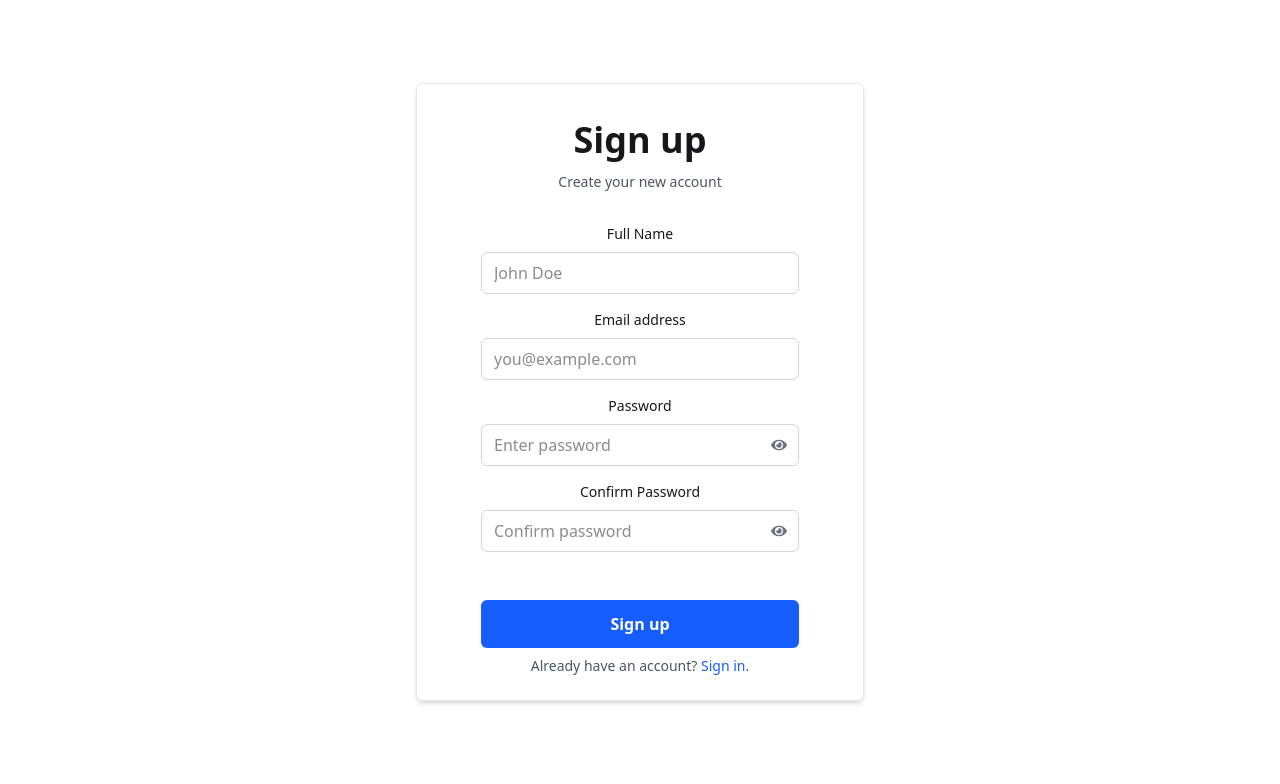
Repository: syedbayzid82849/DevForum_client_site
Page: /register
The author's editor kept a copy of each file at every save. The page is drawn from the files as they stood at one save, then again after a run of saves.
The browser window is 1280 px wide. The pictures show the whole page.
The project was rebuilt for these pictures with package versions that can differ from the ones it lists, and the page was loaded fresh each time. Also part of the build but not shown: vite.config.js, src/App.jsx, src/components/Navbar/JoinUsModal.jsx, src/components/Navbar/Navbar.jsx, src/layouts/MainLayout/MainLayout.jsx, src/pages/Authentication/Login.jsx, src/pages/Home/HeroSection.jsx, src/pages/Home/Home.jsx.

Above is the page before, as saved 2025-07-08 22:57:49.

### src/main.jsx
import { StrictMode } from 'react'
import { createRoot } from 'react-dom/client'
import './index.css'
import App from './App.jsx'
import { RouterProvider } from 'react-router'
import router from './Routers/router.jsx'
import AuthProvider from './context/AuthProvider.jsx'

createRoot(document.getElementById('root')).render(
  <StrictMode>
    <AuthProvider>
      <RouterProvider router={router} />
    </AuthProvider>
  </StrictMode>,
)

### src/Routers/router.jsx
import React from 'react';
import { createBrowserRouter } from 'react-router';
import MainLayout from '../layouts/MainLayout/MainLayout';
import Login from '../pages/Authentication/Login';
import Home from '../pages/Home/Home';
import AuthLayout from '../pages/Authentication/AuthLayout';
import Register from '../pages/Authentication/Register';

const router = createBrowserRouter([
    {
        path: "/",
        element: <MainLayout></MainLayout>,
        children: [
            {
                index: true,
                element: <Home />,
            },
        ],
    },
    {
        path: "/",
        element: <AuthLayout />,
        children: [
            {
                path: "/login",
                element: <Login />,
            },
            {
                path: "/register",
                element: <Register />,
            },
        ],
    },
]);

export default router;

### src/context/AuthProvider.jsx
import React, { useEffect, useState } from 'react';
import { createUserWithEmailAndPassword, GithubAuthProvider, GoogleAuthProvider, onAuthStateChanged, signInWithEmailAndPassword, signInWithPopup, signOut, updateProfile } from "firebase/auth";
import { AuthContext } from '../context/AuthContext';
import { auth } from '../firebase/firebase.init';


const AuthProvider = ({ children }) => {
    const provider = new GoogleAuthProvider();
    // loading
    const [loading, setLoading] = useState(true);
    // user chack
    const [user, setUser] = useState(null);
    console.log(user);

    // create user with name, email, password, photoURL
    const createUserWithEP = (email, password) => {
        setLoading(true);
        return createUserWithEmailAndPassword(auth, email, password)
    }

    // log in user with email and password
    const loginUserWithEP = (email, password) => {
        setLoading(true);
        return signInWithEmailAndPassword(auth, email, password)
    }

    // sign in with google
    const userWithGoogle = () => {
        setLoading(true);
        return signInWithPopup(auth, provider)
    }


    // update user profile (new function)
    const updateUserProfile = (name, photo) => {
        setLoading(true);
        return updateProfile(auth.currentUser, {
            displayName: name,
            photoURL: photo
        });
    }

    // sign out user
    const signOutUser = () => {
        setLoading(true);
        return signOut(auth);
    }

    // // get all courses from the server
    // const getAllCourses = () => {
    //     setLoading(true);
    //     return axios.get('https://academix-hub-server.vercel.app/all-course')
    //         .then(response => {
    //             setLoading(false);
    //             return response.data;
    //         })
    //         .catch(error => {
    //             console.error("Error fetching courses:", error);
    //             throw error;
    //         });
    // }

    // user check
    useEffect(() => {
        const unsubscribe = onAuthStateChanged(auth, (currentUser) => {
            setUser(currentUser);
            setLoading(false);
        });
        return () => unsubscribe();
    }, []);



    const authInformation = {
        user,
        setUser,
        loading,
        setLoading,
        createUserWithEP,
        loginUserWithEP,
        userWithGoogle,
        updateUserProfile,
        signOutUser,
    };
    return (
        <AuthContext.Provider value={authInformation}>
            {children}
        </AuthContext.Provider>
    );
};

export default AuthProvider;

### src/pages/Authentication/AuthLayout.jsx
import React from 'react';
import { Outlet } from 'react-router';

const AuthLayout = () => {
    return (
        <div className="min-h-screen flex items-center justify-center  dark:bg-gray-900">
            <div className="w-full max-w-md px-6 rounded-md  border border-gray-200 bg-white dark:bg-gray-800 dark:text-gray-100 shadow-md">
                <Outlet />
            </div>
        </div>
    );
};

export default AuthLayout;

### src/pages/Authentication/Register.jsx
import React, { useState } from 'react';
import { useForm } from 'react-hook-form';
import { FaEye, FaEyeSlash } from 'react-icons/fa';

const Register = () => {
    const { register, handleSubmit, watch, formState: { errors } } = useForm();
    const password = watch("password");

    const [showPassword, setShowPassword] = useState(false);
    const [showConfirm, setShowConfirm] = useState(false);

    const onSubmit = (data) => {
        console.log("Registration Data:", data);
    };

    return (
        <div className="flex flex-col max-w-md p-6 rounded-md px-10">
            <div className="mb-8 text-center">
                <h1 className="my-3 text-4xl font-bold">Sign up</h1>
                <p className="text-sm text-gray-600">Create your new account</p>
            </div>
            <form onSubmit={handleSubmit(onSubmit)} className="space-y-12">
                <div className="space-y-4">
                    {/* Name */}
                    <div>
                        <label htmlFor="name" className="block mb-2 text-sm">Full Name</label>
                        <input
                            type="text"
                            id="name"
                            placeholder="John Doe"
                            className="w-full px-3 py-2 border rounded-md border-gray-300  "
                            {...register("name", { required: "Name is required" })}
                        />
                        {errors.name && <p className="text-red-500 text-sm">{errors.name.message}</p>}
                    </div>

                    {/* Email */}
                    <div>
                        <label htmlFor="email" className="block mb-2 text-sm">Email address</label>
                        <input
                            type="email"
                            id="email"
                            placeholder="you@example.com"
                            className="w-full px-3 py-2 border rounded-md border-gray-300  "
                            {...register("email", { required: "Email is required" })}
                        />
                        {errors.email && <p className="text-red-500 text-sm">{errors.email.message}</p>}
                    </div>

                    {/* Password */}
                    <div>
                        <label htmlFor="password" className="block mb-2 text-sm">Password</label>
                        <div className="relative">
                            <input
                                type={showPassword ? "text" : "password"}
                                id="password"
                                placeholder="Enter password"
                                className="w-full px-3 py-2 border rounded-md border-gray-300   pr-10"
                                {...register("password", {
                                    required: "Password is required",
                                    minLength: {
                                        value: 6,
                                        message: "Password must be at least 6 characters"
                                    }
                                })}
                            />
                            <button type="button" onClick={() => setShowPassword(!showPassword)} className="absolute top-1/2 right-3 transform -translate-y-1/2 text-gray-500">
                                {showPassword ? <FaEyeSlash /> : <FaEye />}
                            </button>
                        </div>
                        {errors.password && <p className="text-red-500 text-sm">{errors.password.message}</p>}
                    </div>

                    {/* Confirm Password */}
                    <div>
                        <label htmlFor="confirmPassword" className="block mb-2 text-sm">Confirm Password</label>
                        <div className="relative">
                            <input
                                type={showConfirm ? "text" : "password"}
                                id="confirmPassword"
                                placeholder="Confirm password"
                                className="w-full px-3 py-2 border rounded-md border-gray-300   pr-10"
                                {...register("confirmPassword", {
                                    required: "Please confirm your password",
                                    validate: (value) =>
                                        value === password || "Passwords do not match"
                                })}
                            />
                            <button type="button" onClick={() => setShowConfirm(!showConfirm)} className="absolute top-1/2 right-3 transform -translate-y-1/2 text-gray-500">
                                {showConfirm ? <FaEyeSlash /> : <FaEye />}
                            </button>
                        </div>
                        {errors.confirmPassword && <p className="text-red-500 text-sm">{errors.confirmPassword.message}</p>}
                    </div>
                </div>

                {/* Submit Button */}
                <div className="space-y-2">
                    <div>
                        <button type="submit" className="w-full px-8 py-3 font-semibold rounded-md bg-blue-600 text-white">
                            Sign up
                        </button>
                    </div>
                    <p className="px-6 text-sm text-center text-gray-600">
                        Already have an account?
                        <a href="#" className="hover:underline text-blue-600"> Sign in</a>.
                    </p>
                </div>
            </form>
        </div>
    );
};

export default Register;

### src/firebase/firebase.init.js
// Import the functions you need from the SDKs you need
import { initializeApp } from "firebase/app";
import { getAuth } from "firebase/auth";

// TODO: Add SDKs for Firebase products that you want to use
// https://firebase.google.com/docs/web/setup#available-libraries

// Your web app's Firebase configuration
const firebaseConfig = {
    apiKey: import.meta.env.VITE_apiKey, // Use VITE_ prefix for environment variables in Vite
    authDomain: import.meta.env.VITE_authDomain, // Use VITE_ prefix for environment variables in Vite
    projectId: import.meta.env.VITE_projectId, // Use VITE_ prefix for environment variables in Vite
    storageBucket: import.meta.env.VITE_storageBucket, // Use VITE_ prefix for environment variables in Vite
    messagingSenderId: import.meta.env.VITE_messagingSenderId, // Use VITE_ prefix for environment variables in Vite
    appId: import.meta.env.VITE_appId // Use VITE_ prefix for environment variables in Vite
};

// Initialize Firebase
const app = initializeApp(firebaseConfig);


// Initialize Firebase Authentication and get a reference to the service
export const auth = getAuth(app);

Loaded but not shown: index.html (common file); src/index.css (common file); src/App.css (common file); src/context/AuthContext.jsx (common file)

After the next 2 saves:
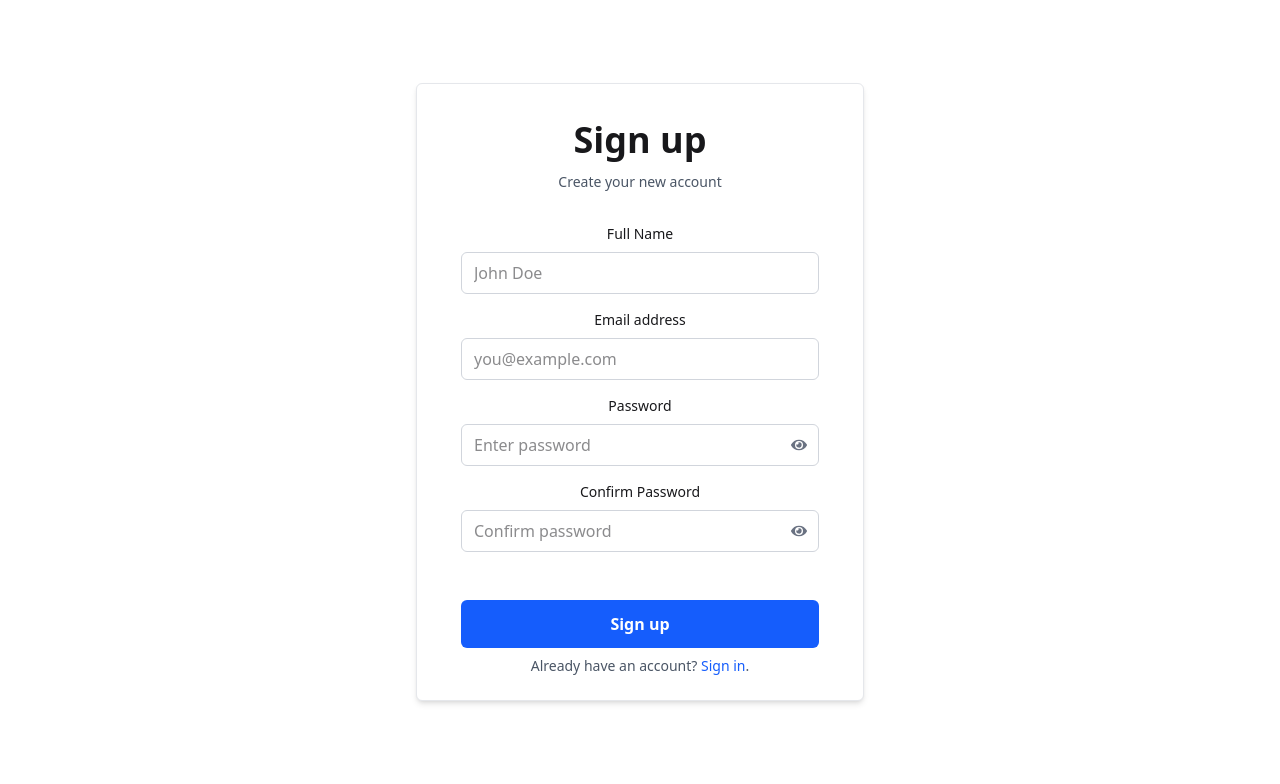
The 2 saves are shown as one change because they came seconds apart.
The last was saved 14 s later.
--- a/src/pages/Authentication/Register.jsx
+++ b/src/pages/Authentication/Register.jsx
@@ -14,7 +14,7 @@ const Register = () => {
     };
 
     return (
-        <div className="flex flex-col max-w-md p-6 rounded-md px-10">
+        <div className="flex flex-col max-w-md p-6 rounded-md px-5">
             <div className="mb-8 text-center">
                 <h1 className="my-3 text-4xl font-bold">Sign up</h1>
                 <p className="text-sm text-gray-600">Create your new account</p>
